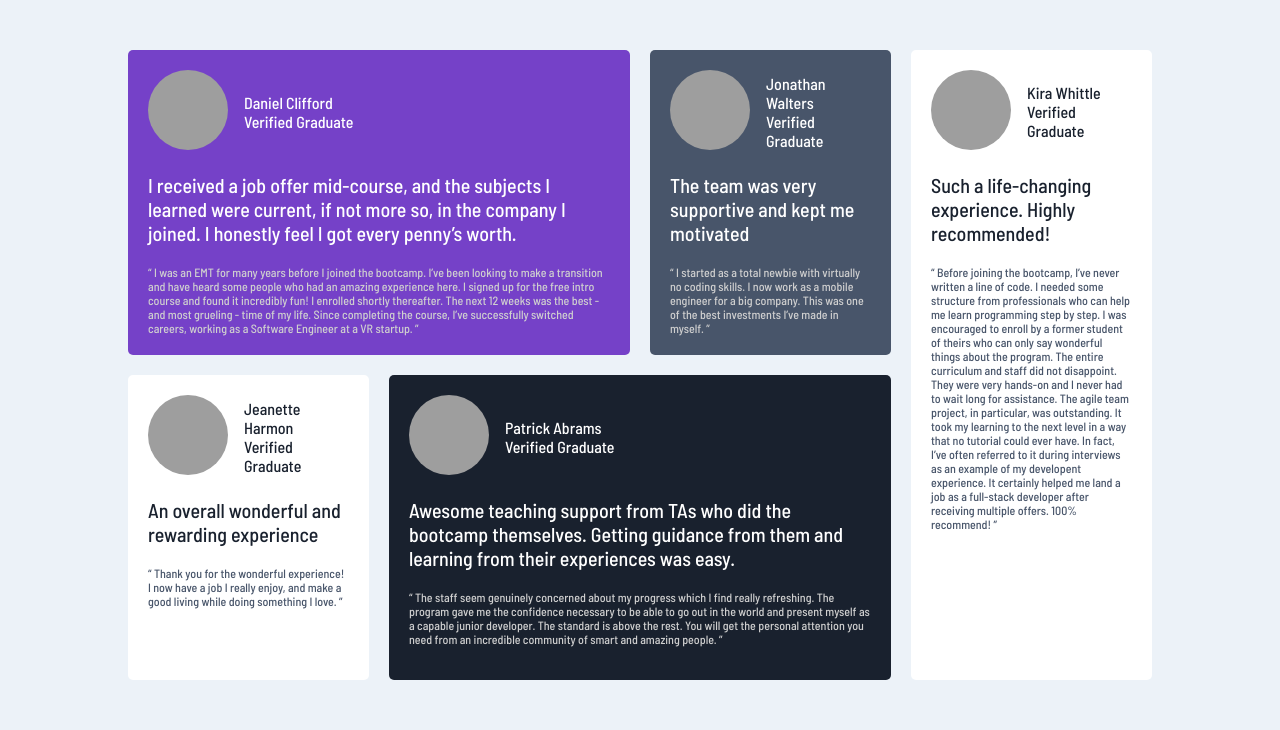
Repository: nptg3105/lab02-testimonials-grid
Page: index.html
These files come from the project's save history. The page is drawn as it stood at one moment and after the next save; the edit follows.
The browser window is 1280 px wide. The pictures show the whole page.
Pictures or frames that could not be fetched are drawn as grey boxes. The style sheet was rebuilt from its Sass, Less or Tailwind sources for each picture, by a compiler version that may differ from the author's.

Above is the page before, as saved 2021-12-08 06:00:07.

### index.html
<!DOCTYPE html>
<html lang="en">
  <head>
    <meta charset="UTF-8" />
    <meta http-equiv="X-UA-Compatible" content="IE=edge" />
    <meta name="viewport" content="width=device-width, initial-scale=1.0" />
    <title>Lab02 - Testimonials</title>
    <link rel="stylesheet" href="style.css" />
    <link
      href="https://fonts.googleapis.com/css2?family=Barlow+Semi+Condensed:wght@400;500;700&display=swap"
      rel="stylesheet"
    />
  </head>
  <body>
    <div class="container">
      <div class="testimonials">
        <div class="testimonials__item testimonials__item--violet">
          <div class="author">
            <div class="author__avatar">
              <img
                src="https://images.unsplash.com/photo-1570295999919-56ceb5ecca61?ixlib=rb-1.2.1&ixid=MnwxMjA3fDB8MHxzZWFyY2h8OHx8bWFufGVufDB8fDB8fA%3D%3D&auto=format&fit=crop&w=500&q=60"
                alt=""
              />
            </div>
            <div class="author__name">
              Daniel Clifford <br />
              Verified Graduate
            </div>
          </div>
          <div class="testimonials__heading">
            I received a job offer mid-course, and the subjects I learned were
            current, if not more so, in the company I joined. I honestly feel I
            got every penny’s worth.
          </div>
          <div class="testimonials__desc">
            “ I was an EMT for many years before I joined the bootcamp. I’ve
            been looking to make a transition and have heard some people who had
            an amazing experience here. I signed up for the free intro course
            and found it incredibly fun! I enrolled shortly thereafter. The next
            12 weeks was the best - and most grueling - time of my life. Since
            completing the course, I’ve successfully switched careers, working
            as a Software Engineer at a VR startup. ”
          </div>
        </div>
        <div class="testimonials__item testimonials__item--grey">
          <div class="author">
            <div class="author__avatar">
              <img
                src="https://images.unsplash.com/photo-1570295999919-56ceb5ecca61?ixlib=rb-1.2.1&ixid=MnwxMjA3fDB8MHxzZWFyY2h8OHx8bWFufGVufDB8fDB8fA%3D%3D&auto=format&fit=crop&w=500&q=60"
                alt=""
              />
            </div>
            <div class="author__name">
              Jonathan Walters <br />
              Verified Graduate
            </div>
          </div>
          <div class="testimonials__heading">
            The team was very supportive and kept me motivated
          </div>
          <div class="testimonials__desc">
            “ I started as a total newbie with virtually no coding skills. I now
            work as a mobile engineer for a big company. This was one of the
            best investments I’ve made in myself. ”
          </div>
        </div>
        <div class="testimonials__item testimonials__item--tall">
          <div class="author">
            <div class="author__avatar">
              <img
                src="https://images.unsplash.com/photo-1570295999919-56ceb5ecca61?ixlib=rb-1.2.1&ixid=MnwxMjA3fDB8MHxzZWFyY2h8OHx8bWFufGVufDB8fDB8fA%3D%3D&auto=format&fit=crop&w=500&q=60"
                alt=""
              />
            </div>
            <div class="author__name author__name--black">
              Kira Whittle <br />
              Verified Graduate
            </div>
          </div>
          <div class="testimonials__heading testimonials__heading--black">
            Such a life-changing experience. Highly recommended!
          </div>
          <div class="testimonials__desc testimonials__desc--grey">
            “ Before joining the bootcamp, I’ve never written a line of code. I
            needed some structure from professionals who can help me learn
            programming step by step. I was encouraged to enroll by a former
            student of theirs who can only say wonderful things about the
            program. The entire curriculum and staff did not disappoint. They
            were very hands-on and I never had to wait long for assistance. The
            agile team project, in particular, was outstanding. It took my
            learning to the next level in a way that no tutorial could ever
            have. In fact, I’ve often referred to it during interviews as an
            example of my developent experience. It certainly helped me land a
            job as a full-stack developer after receiving multiple offers. 100%
            recommend! ”
          </div>
        </div>
        <div class="testimonials__item testimonials__item--white">
          <div class="author">
            <div class="author__avatar">
              <img
                src="https://images.unsplash.com/photo-1570295999919-56ceb5ecca61?ixlib=rb-1.2.1&ixid=MnwxMjA3fDB8MHxzZWFyY2h8OHx8bWFufGVufDB8fDB8fA%3D%3D&auto=format&fit=crop&w=500&q=60"
                alt=""
              />
            </div>
            <div class="author__name author__name--black">
              Jeanette Harmon <br />
              Verified Graduate
            </div>
          </div>
          <div class="testimonials__heading testimonials__heading--black">
            An overall wonderful and rewarding experience
          </div>
          <div class="testimonials__desc testimonials__desc--grey">
            “ Thank you for the wonderful experience! I now have a job I really
            enjoy, and make a good living while doing something I love. ”
          </div>
        </div>
        <div class="testimonials__item testimonials__item--black">
          <div class="author">
            <div class="author__avatar">
              <img
                src="https://images.unsplash.com/photo-1570295999919-56ceb5ecca61?ixlib=rb-1.2.1&ixid=MnwxMjA3fDB8MHxzZWFyY2h8OHx8bWFufGVufDB8fDB8fA%3D%3D&auto=format&fit=crop&w=500&q=60"
                alt=""
              />
            </div>
            <div class="author__name">
              Patrick Abrams <br />
              Verified Graduate
            </div>
          </div>
          <div class="testimonials__heading">
            Awesome teaching support from TAs who did the bootcamp themselves.
            Getting guidance from them and learning from their experiences was
            easy.
          </div>
          <div class="testimonials__desc">
            “ The staff seem genuinely concerned about my progress which I find
            really refreshing. The program gave me the confidence necessary to
            be able to go out in the world and present myself as a capable
            junior developer. The standard is above the rest. You will get the
            personal attention you need from an incredible community of smart
            and amazing people. ”
          </div>
        </div>
      </div>
    </div>
  </body>
</html>

### style.scss
$font-main:'Barlow Semi Condensed',
sans-serif;
$violet-color:#7541c8;
$grey-color: #48556a;
$light-grey-color: #cfcfcf;
$white-color: #fff;
$bg-color: #ecf2f8;
$black-color: #19212e;

* {
    box-sizing: border-box;
    margin: 0;
    padding: 0;
}

body {
    background-color: $bg-color;
    font-weight: 500;

}

.container {
    max-width: 1024px;
    margin: 50px auto;

}

.testimonials {
    font-family: $font-main;
    display: grid;
    gap: 20px;
    grid-template-columns: repeat(4, 1fr);
    grid-template-rows: repeat(2, 1fr);
    grid-template-areas: "violet-area violet-area grey-area white-tall-area"
        "white-area black-area black-area white-tall-area";
    color: $white-color;

    &__item {
        border-radius: 5px;
        padding: 20px;

        &--violet {
            background-color: $violet-color;
            grid-area: violet-area;
        }

        &--grey {
            background-color: $grey-color;
            grid-area: grey-area;
        }

        &--tall {
            background-color: $white-color;
            grid-area: white-tall-area;

        }

        &--white {
            background-color: $white-color;
            grid-area: white-area;
        }

        &--black {
            background-color: $black-color;
            grid-area: black-area;
        }
    }

    &__heading {
        margin: 20px 0;
        font-size: 20px;
    }

    &__heading--black {
        color: $black-color;
    }

    &__desc {
        font-size: 12px;
        color: $light-grey-color;
    }

    &__desc--grey {
        color: $grey-color;
    }
}

.author {
    display: flex;
    align-items: center;

    &__name--black {
        color: $black-color;
    }

    &__avatar {
        margin-right: 16px;

        img {
            object-fit: cover;
            width: 80px;
            height: 80px;
            border-radius: 50%;

        }
    }

}

After the next save:
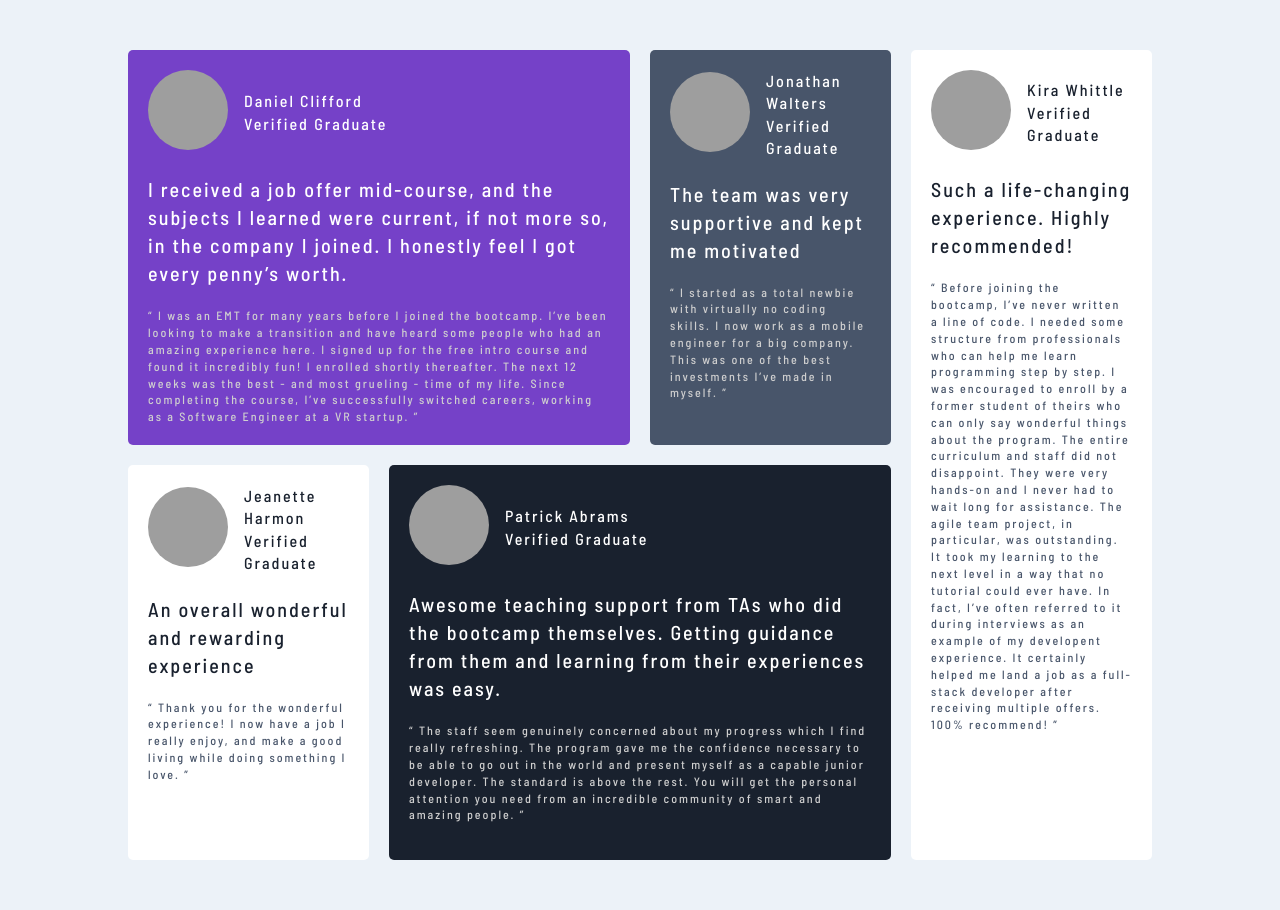
Saved 15 s later.
--- a/style.scss
+++ b/style.scss
@@ -16,6 +16,8 @@ $black-color: #19212e;
 body {
     background-color: $bg-color;
     font-weight: 500;
+    letter-spacing: 2px;
+    line-height: 1.4;
 
 }
 
